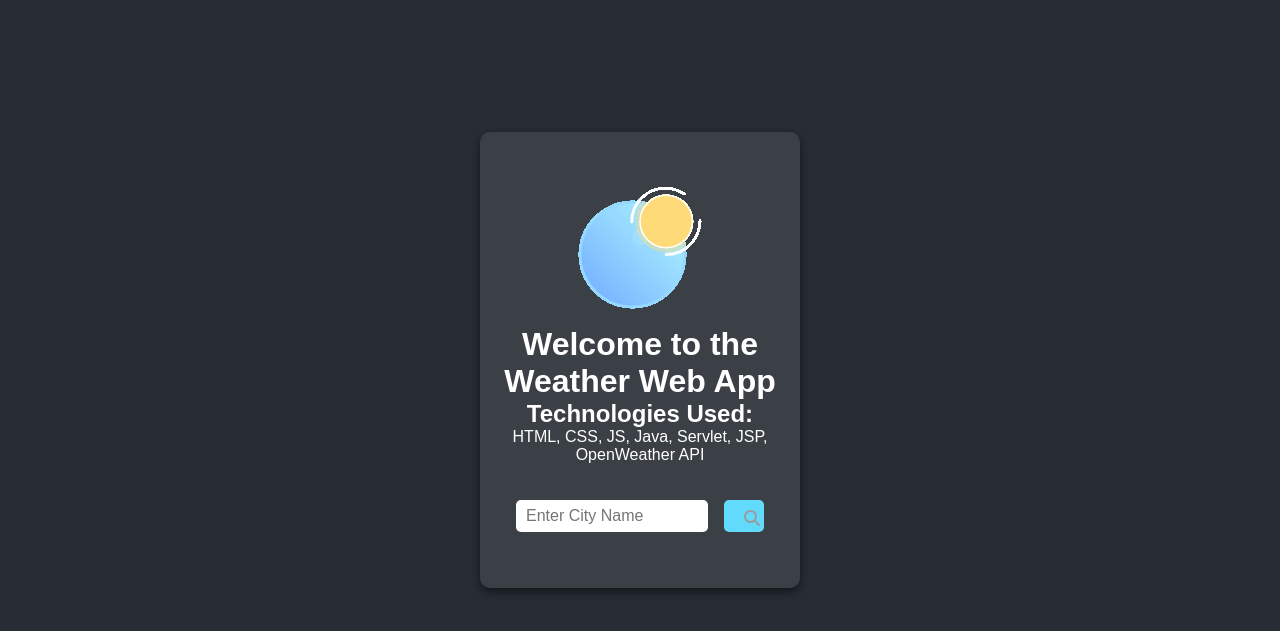
Repository: MinhajulMukthar/Weather-WebApp
Page: Weather App/src/main/webapp/index.html
An editor plug-in stored every save of this project. The page is shown before and after the next save, followed by the edit.
The browser window is 1280 px wide. The pictures show the whole page.

Above is the page before, as saved 2024-09-26 02:27:02.

### Weather App/src/main/webapp/index.html
<!DOCTYPE html>
<html>
<head>
<meta charset="UTF-8">
<meta http-equiv="X-UA-Compatible" content="IE=edge">
<meta name="viewport" content="width=device-width, initial-scale=1.0">
<title>Weather App</title>
<link rel="icon" href="images/rain.png" type="image/png">
<link rel="stylesheet"
	href="https://cdnjs.cloudflare.com/ajax/libs/font-awesome/6.4.0/css/all.min.css" />
<link rel="stylesheet" href="style.css" />

</head>
<body>
	<div class="container">
		<img src="images/Animation.gif">
		<h1>Welcome to the Weather Web App</h1>

		<h2>Technologies Used:</h2>
		<p>HTML, CSS, JS, Java, Servlet, JSP, OpenWeather API</p>
		<form action="ServletWeb" method="post" class="searchInput">
			<input type="text" placeholder="Enter City Name" id="searchInput"
				 name="city" />
			<button id="searchButton">
				<i class="fa-solid fa-magnifying-glass"></i>
			</button>
		</form>
	</div>
</body>
</html>

### Weather App/src/main/webapp/style.css
    * {
  margin: 0;
  padding: 0;
  box-sizing: border-box;
  font-family: "Ubuntu", sans-serif;
}

body {
            background-color: #282c34; /* Dark background color */
            color: white;
            display: flex;
            justify-content: center;
            align-items: center;
            height: 100vh;
}

.container {
            width: 25%; /* 1/4 of the screen width */
            text-align: center;
            background-color: #3b3f46; /* Slightly lighter background */
            padding: 40px 20px;
            border-radius: 10px;
            box-shadow: 0 4px 10px rgba(0, 0, 0, 0.5);
        }

        .searchInput {
            display: flex;
            justify-content: center;
            align-items: center;
            margin-top: 20px;
        }

        #searchInput {
            width: 80%;
            padding: 10px;
            font-size: 16px;
            border-radius: 5px;
            border: none;
            outline: none;
            margin-right: 10px;
        }

        #searchButton {
            padding: 10px 20px;
            background-color: #61dafb; /* Button color */
            border: none;
            border-radius: 5px;
            cursor: pointer;
            font-size: 16px;
            transition: background-color 0.3s;
        }

        #searchButton:hover {
            background-color: #21a1f1; /* Darker color on hover */
        }

.mainContainer {
  width: 25rem;
  height: auto;
  border-radius: 1rem;
  background: #fff;
  box-shadow: 0 14px 28px rgba(0,0,0,0.25),
			0 10px 10px rgba(0,0,0,0.22);
}

.searchInput {
  width: 100%;
  display: flex;
  padding: 1rem 1rem;
  justify-content: center;
}

.searchInput input {
  width: 100%;
  height: 2rem;
  outline: none;
  font-size: 1rem;
  color: #525050;
  padding: 0.2rem 0.5rem;
  border-radius: 1.5rem;
  border: 1px solid #b3b3b3;
}

.searchInput input:focus {
  border: 1px solid #9c9dde;
}

.searchInput button {
  width: 2.2rem;
  height: 2rem;
  cursor: pointer;
  color: #9b9b9b;
  border-radius: 50%;
  margin-left: 0.4rem;
  transition: all 0.3s ease;
  background-color: #fff;
  border: 1px solid #b3b3b3;
}

.searchInput button:hover {
  color: #fff;
  background-color: #9c9dde;
  border: 1px solid #9c9dde;
}

.weatherIcon {
  display: flex;
  padding-top: 0.5rem;
  padding-bottom: 0.5rem;
  justify-content: center;
}

.weatherIcon img {
  max-width: 100%;
  width: 8rem;
}

.weatherDetails .temp{
 font-size: 2rem;
}
.cityDetails {
  color: #323232;
  font-size: 2.5rem;
  text-align: center;
  margin-bottom: 0.5rem;
}

.cityDetails .date {
  color: #323232;
  font-size: 1.5rem;
  text-align: center;
  margin-bottom: 0.5rem;
}

.windDetails {
  display: flex;
  margin-top: 1rem;
  margin-bottom: 1.5rem;
  justify-content: space-around;
}

.windDetails .humidityBox {
  display: flex;
  font-size: 1rem;
  color: #323232;
}

.windDetails .humidity .humidityValue {
 text-align: center;
  font-size: 2rem;
  color: #323232;
}

.windDetails .humidityBox img {
  max-height: 3rem;
  margin-right: 0.5rem;
}

.windDetails .windSpeed {
  display: flex;
  font-size: 1rem;
  color: #323232;
}

.windDetails .windSpeed img {
  max-height: 3rem;
  margin-right: 0.5rem;
}


image-logo{
        height: auto;
        width: auto;
        filter: drop-shadow(20px 10px 10px black);
      }

After the next save:
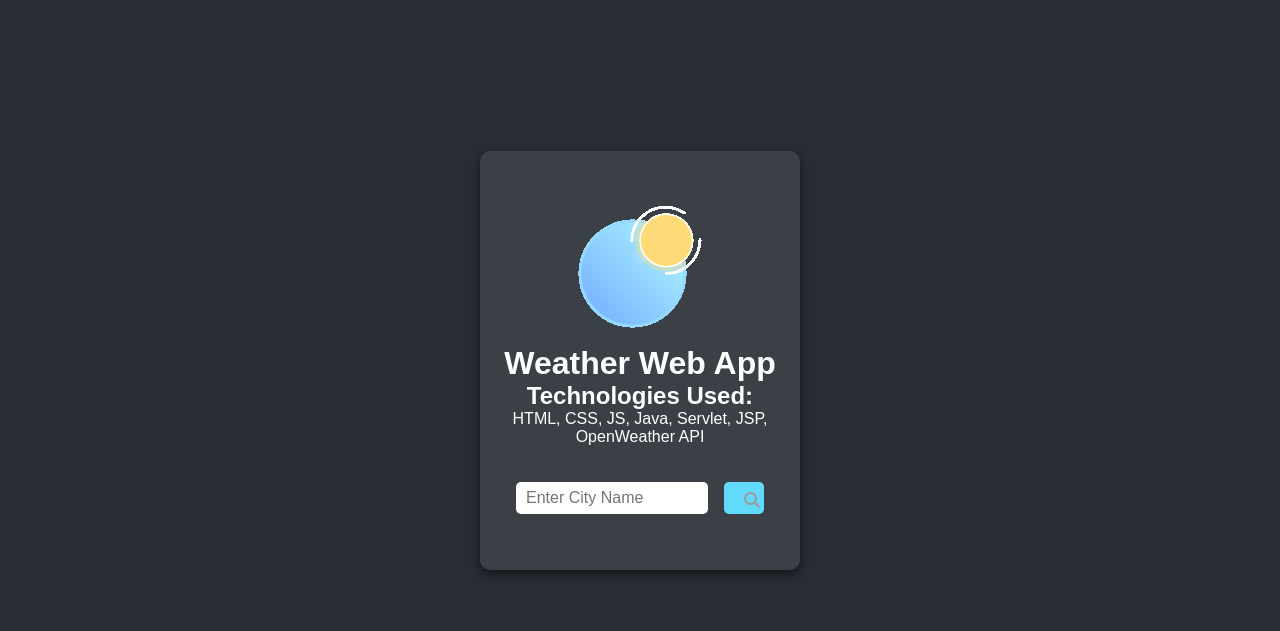
Saved 2 min 6 s later.
--- a/Weather App/src/main/webapp/index.html
+++ b/Weather App/src/main/webapp/index.html
@@ -14,7 +14,7 @@
 <body>
 	<div class="container">
 		<img src="images/Animation.gif">
-		<h1>Welcome to the Weather Web App</h1>
+		<h1>Weather Web App</h1>
 
 		<h2>Technologies Used:</h2>
 		<p>HTML, CSS, JS, Java, Servlet, JSP, OpenWeather API</p>
